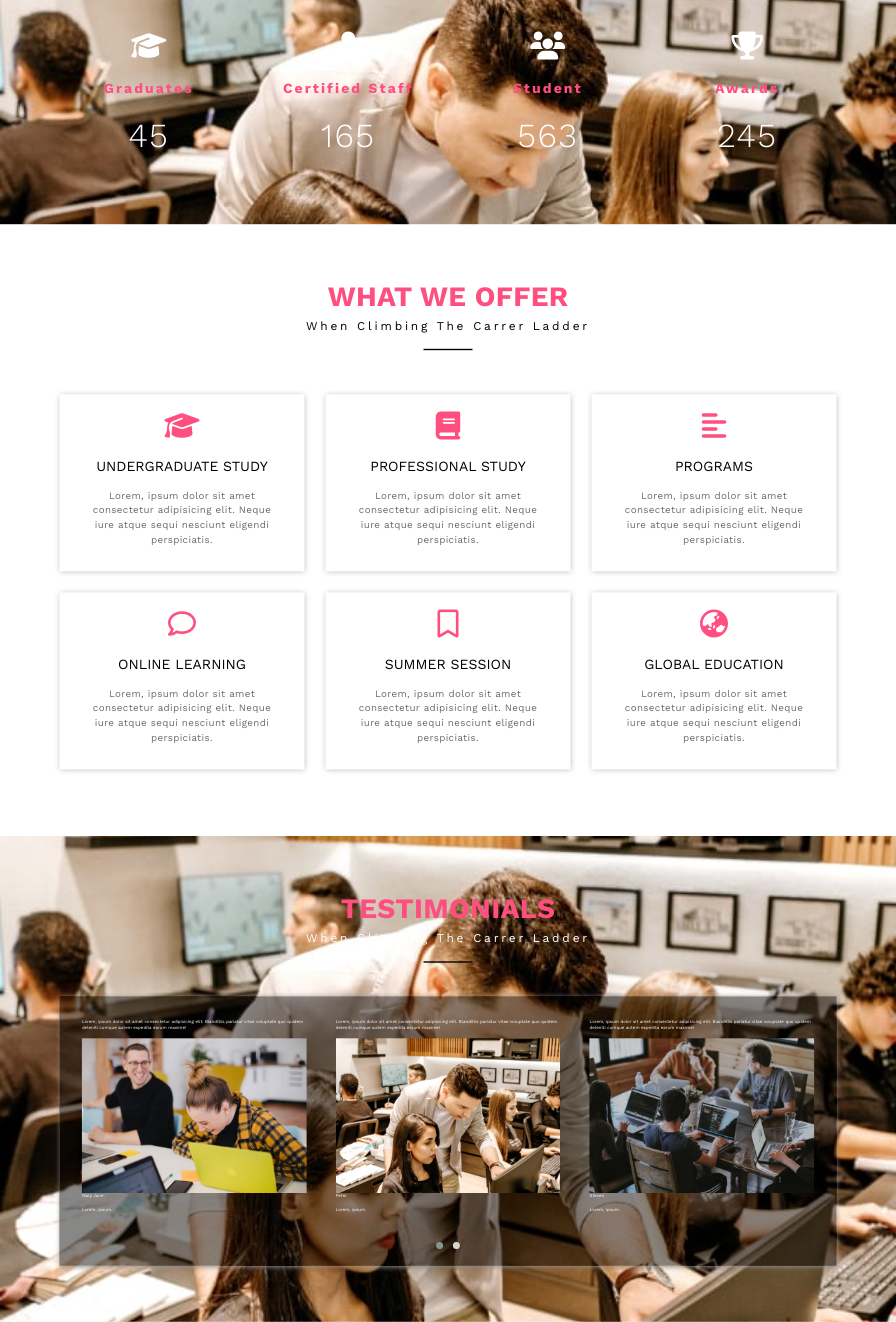
Repository: tudo1611/BC44_BOOTSTRAP_B7_INSTRUCTION_DO-TRUNG-TU
Page: index.html
These files come from the project's save history. The page is drawn as it stood at one moment and after the next save; the edit follows.
The browser window is 1280 px wide. The pictures show the part of the page from y = 1986 to 3906 px (the page is 3874 px tall before and 3906 px after), at 70% of full size.
Backgrounds fixed to the window are drawn as part of the page.

Above is the page before, as saved 2023-01-20 14:30:53.

### index.html
<!DOCTYPE html>
<html lang="en">
  <head>
    <meta charset="UTF-8" />
    <meta http-equiv="X-UA-Compatible" content="IE=edge" />
    <meta name="viewport" content="width=device-width, initial-scale=1.0" />
    <title>Instruction Cyber</title>
    <!-- bs4 css  -->
    <link
      rel="stylesheet"
      href="https://cdn.jsdelivr.net/npm/bootstrap@4.5.3/dist/css/bootstrap.min.css"
      integrity="sha384-TX8t27EcRE3e/ihU7zmQxVncDAy5uIKz4rEkgIXeMed4M0jlfIDPvg6uqKI2xXr2"
      crossorigin="anonymous"
    />
    <!-- font awesome -->
    <link
      rel="stylesheet"
      href="https://cdnjs.cloudflare.com/ajax/libs/font-awesome/6.2.1/css/all.min.css"
      integrity="sha512-MV7K8+y+gLIBoVD59lQIYicR65iaqukzvf/nwasF0nqhPay5w/9lJmVM2hMDcnK1OnMGCdVK+iQrJ7lzPJQd1w=="
      crossorigin="anonymous"
      referrerpolicy="no-referrer"
    />
    <!-- font gg  -->
    <link rel="preconnect" href="https://fonts.googleapis.com" />
    <link rel="preconnect" href="https://fonts.gstatic.com" crossorigin />
    <link
      href="https://fonts.googleapis.com/css2?family=Work+Sans:wght@300;400;700&display=swap"
      rel="stylesheet"
    />
    <!-- owl carousel  -->
    <link rel="stylesheet" href="./css/owl.carousel.min.css" />
    <link rel="stylesheet" href="./css/owl.theme.default.min.css" />
    <!-- main css -->
    <link rel="stylesheet" href="./css/index.css" />
  </head>
  <body>
    <!-- header  -->
    <header>
      <div
        class="header__top d-flex justify-content-between align-items-center py-2 container-fluid"
      >
        <div class="header__left">
          <a href="tel:0961051014" class="text-white mr-4"
            ><i class="fa-solid fa-phone"></i> 096.105.1014</a
          >
          <a href="mailto:info@cybersoft.edu.vn" class="text-white"
            ><i class="fa-regular fa-envelope"></i> info@cybersoft.edu.vn</a
          >
        </div>
        <div class="header__right">
          <a href="#"><i class="fab fa-facebook-f"></i></a>
          <a href="#"><i class="fab fa-twitter"></i></a>
          <a href=""><i class="fab fa-pinterest"></i></a>
          <a href=""><i class="fab fa-linkedin-in"></i></a>
        </div>
      </div>
      <nav class="navInstruction navbar navbar-expand-lg container">
        <a class="navbar-brand text-center" href="#">
          <p class="mb-0"><i class="fa fa-book"></i> INSTRUCTION</p>
          <p class="mb-0">EDUCATION</p>
        </a>
        <button
          class="navbar-toggler"
          type="button"
          data-toggle="collapse"
          data-target="#navbarInstruction"
          aria-controls="navbarNavDropdown"
          aria-expanded="false"
          aria-label="Toggle navigation"
        >
          <i class="fa fa-bars"></i>
        </button>
        <div class="collapse navbar-collapse" id="navbarInstruction">
          <ul class="navbar-nav ml-auto">
            <li class="nav-item active">
              <a class="nav-link" href="#"
                >HOME <span class="sr-only">(current)</span></a
              >
            </li>
            <li class="nav-item">
              <a class="nav-link" href="#">ABOUT</a>
            </li>
            <li class="nav-item">
              <a class="nav-link" href="#">SERVICES</a>
            </li>
            <li class="nav-item">
              <a class="nav-link" href="#">GALLERY</a>
            </li>
            <li class="nav-item dropdown">
              <a
                class="nav-link dropdown-toggle"
                href="#"
                id="navbarDropdownMenuLink"
                role="button"
                data-toggle="dropdown"
                aria-haspopup="true"
                aria-expanded="false"
              >
                PAGES
              </a>
              <div
                class="dropdown-menu"
                aria-labelledby="navbarDropdownMenuLink"
              >
                <a class="dropdown-item" href="#">Codes</a>
                <a class="dropdown-item" href="#">Icons</a>
              </div>
            </li>
            <li class="nav-item">
              <a class="nav-link" href="#">CONTACT</a>
            </li>
          </ul>
        </div>
      </nav>
    </header>
    <!-- carousel -->
    <section class="cyberCarousel">
      <div id="carouselCyber" class="carousel slide" data-ride="carousel">
        <ol class="carousel-indicators">
          <li
            data-target="#carouselCyber"
            data-slide-to="0"
            class="active"
          ></li>
          <li data-target="#carouselCyber" data-slide-to="1"></li>
          <li data-target="#carouselCyber" data-slide-to="2"></li>
        </ol>
        <div class="carousel-inner">
          <div class="carousel-item active">
            <img src="./img/g1.jpg" class="d-block w-100" alt="..." />
            <div class="container carousel-caption d-none d-md-block">
              <h1>Graphic Work Designing.</h1>
              <p>
                Any successful career statrs with good education. Together with
                us you will have deeper knownledge of the subjects
              </p>
              <button class="btn">
                Read More <i class="fa fa-angle-double-right"></i>
              </button>
            </div>
          </div>
          <div class="carousel-item">
            <img src="./img/g2.jpg" class="d-block w-100" alt="..." />
            <div class="container carousel-caption d-none d-md-block">
              <h1>Financial Analyst Course.</h1>
              <p>
                Any successful career statrs with good education. Together with
                us you will have deeper knownledge of the subjects
              </p>
              <button class="btn">
                Read More <i class="fa fa-angle-double-right"></i>
              </button>
            </div>
          </div>
          <div class="carousel-item">
            <img src="./img/g3.jpg" class="d-block w-100" alt="..." />
            <div class="container carousel-caption d-none d-md-block">
              <h1>Digital Marketing Course.</h1>
              <p>
                Any successful career statrs with good education. Together with
                us you will have deeper knownledge of the subjects
              </p>
              <button class="btn">
                Read More <i class="fa fa-angle-double-right"></i>
              </button>
            </div>
          </div>
        </div>
        <a
          class="carousel-control-prev"
          href="#carouselCyber"
          role="button"
          data-slide="prev"
        >
          <span class="carousel-control-prev-icon" aria-hidden="true"></span>
          <span class="sr-only">Previous</span>
        </a>
        <a
          class="carousel-control-next"
          href="#carouselCyber"
          role="button"
          data-slide="next"
        >
          <span class="carousel-control-next-icon" aria-hidden="true"></span>
          <span class="sr-only">Next</span>
        </a>
      </div>
    </section>
    <!-- welcome  -->
    <section class="welcome section">
      <div class="heading">
        <h2>WELCOME TO EDUCATION</h2>
        <p>When Climbing The Carrer Ladder</p>
      </div>
      <div class="welcome__content">
        <p>
          Lorem ipsum dolor sit amet consectetur adipisicing elit. Sed ut eaque
          voluptatem officiis dolorem? Dolore, quia. Id deleniti in tenetur!
        </p>
        <div class="welcome__courses container">
          <div class="row">
            <div class="welcome__col col-4 border border-dark">
              <div class="welcome__item">
                <i class="fa fa-desktop"></i>
                <h3>Design Course</h3>
                <h4>Fashion Design</h4>
                <p>Lorem ipsum dolor sit amet.</p>
                <h4>Interior Design</h4>
                <p>Lorem ipsum dolor sit amet.</p>
                <h4>Graphic Design</h4>
                <p>Lorem ipsum dolor sit amet.</p>
              </div>
            </div>
            <div class="welcome__col col-4 border border-dark">
              <div class="welcome__item">
                <i class="fa fa-arrows-alt"></i>
                <h3>Marketing Course</h3>
                <h4>Facebook Marketing</h4>
                <p>Lorem ipsum dolor sit amet.</p>
                <h4>Youtube Marketing</h4>
                <p>Lorem ipsum dolor sit amet.</p>
                <h4>Twitter Marketing</h4>
                <p>Lorem ipsum dolor sit amet.</p>
              </div>
            </div>
            <div class="welcome__col col-4 border border-dark">
              <div class="welcome__item">
                <i class="fa fa-chart-bar"></i>
                <h3>Financial Course</h3>
                <h4>Complexities Of Banking</h4>
                <p>Lorem ipsum dolor sit amet.</p>
                <h4>Compliance Regulation</h4>
                <p>Lorem ipsum dolor sit amet.</p>
                <h4>Finance Products</h4>
                <p>Lorem ipsum dolor sit amet.</p>
              </div>
            </div>
          </div>
        </div>
      </div>
    </section>
    <!-- our stats  -->
    <section class="ourStats section">
      <div class="heading heading--white">
        <h2>OUR STATS</h2>
        <p>When Climbing The Carrer Ladder</p>
      </div>
      <div class="outStats__content container">
        <div class="row">
          <div class="col-3">
            <div class="ourStats__item">
              <i class="fa fa-graduation-cap"></i>
              <h3>Graduates</h3>
              <p>45</p>
            </div>
          </div>
          <div class="col-3">
            <div class="ourStats__item">
              <i class="fa fa-user"></i>
              <h3>Certified Staff</h3>
              <p>165</p>
            </div>
          </div>
          <div class="col-3">
            <div class="ourStats__item">
              <i class="fa fa-users"></i>
              <h3>Student</h3>
              <p>563</p>
            </div>
          </div>
          <div class="col-3">
            <div class="ourStats__item">
              <i class="fa fa-trophy"></i>
              <h3>Awards</h3>
              <p>245</p>
            </div>
          </div>
        </div>
      </div>
    </section>
    <!-- offer -->
    <section class="offer section">
      <div class="heading">
        <h2>WHAT WE OFFER</h2>
        <p>When Climbing The Carrer Ladder</p>
      </div>
      <div class="offer__content container">
        <div class="row">
          <div class="col-4 offer__col">
            <div class="offer__item">
              <i class="fa fa-graduation-cap"></i>
              <h3>UNDERGRADUATE STUDY</h3>
              <p>
                Lorem, ipsum dolor sit amet consectetur adipisicing elit. Neque
                iure atque sequi nesciunt eligendi perspiciatis.
              </p>
            </div>
          </div>
          <div class="col-4 offer__col">
            <div class="offer__item">
              <i class="fa fa-book"></i>
              <h3>PROFESSIONAL STUDY</h3>
              <p>
                Lorem, ipsum dolor sit amet consectetur adipisicing elit. Neque
                iure atque sequi nesciunt eligendi perspiciatis.
              </p>
            </div>
          </div>
          <div class="col-4 offer__col">
            <div class="offer__item">
              <i class="fa fa-align-left"></i>
              <h3>PROGRAMS</h3>
              <p>
                Lorem, ipsum dolor sit amet consectetur adipisicing elit. Neque
                iure atque sequi nesciunt eligendi perspiciatis.
              </p>
            </div>
          </div>
          <div class="col-4 offer__col">
            <div class="offer__item">
              <i class="fa-regular fa-comment"></i>
              <h3>ONLINE LEARNING</h3>
              <p>
                Lorem, ipsum dolor sit amet consectetur adipisicing elit. Neque
                iure atque sequi nesciunt eligendi perspiciatis.
              </p>
            </div>
          </div>
          <div class="col-4 offer__col">
            <div class="offer__item">
              <i class="fa-regular fa-bookmark"></i>
              <h3>SUMMER SESSION</h3>
              <p>
                Lorem, ipsum dolor sit amet consectetur adipisicing elit. Neque
                iure atque sequi nesciunt eligendi perspiciatis.
              </p>
            </div>
          </div>
          <div class="col-4 offer__col">
            <div class="offer__item">
              <i class="fa fa-globe-asia"></i>
              <h3>GLOBAL EDUCATION</h3>
              <p>
                Lorem, ipsum dolor sit amet consectetur adipisicing elit. Neque
                iure atque sequi nesciunt eligendi perspiciatis.
              </p>
            </div>
          </div>
        </div>
      </div>
    </section>
    <!-- feedback -->
    <section class="feedback section">
      <div class="heading heading--white">
        <h2>TESTIMONIALS</h2>
        <p>When Climbing The Carrer Ladder</p>
      </div>
      <div class="container">
        <div class="feedback__content">
          <div class="owl-carousel owl-theme">
            <div class="item">
              <div class="feedback__top">
                <p>Lorem, ipsum dolor sit amet consectetur adipisicing elit. Blanditiis pariatur vitae voluptate quo quidem deleniti cumque autem expedita earum maxime!</p>
              </div>
              <div class="feedback__bottom">
                <img src="./img/g1.jpg" alt="">
                <div class="feedback__name">
                  <p>Mary Jane</p>
                  <p>Lorem, ipsum.</p>
                </div>
              </div>
            </div>
            <div class="item">
              <div class="feedback__top">
                <p>Lorem, ipsum dolor sit amet consectetur adipisicing elit. Blanditiis pariatur vitae voluptate quo quidem deleniti cumque autem expedita earum maxime!</p>
              </div>
              <div class="feedback__bottom">
                <img src="./img/g2.jpg" alt="">
                <div class="feedback__name">
                  <p>Peter</p>
                  <p>Lorem, ipsum.</p>
                </div>
              </div>
            </div>
            <div class="item">
              <div class="feedback__top">
                <p>Lorem, ipsum dolor sit amet consectetur adipisicing elit. Blanditiis pariatur vitae voluptate quo quidem deleniti cumque autem expedita earum maxime!</p>
              </div>
              <div class="feedback__bottom">
                <img src="./img/g3.jpg" alt="">
                <div class="feedback__name">
                  <p>Steven</p>
                  <p>Lorem, ipsum.</p>
                </div>
              </div>
            </div>
            <div class="item">
              <div class="feedback__top">
                <p>Lorem, ipsum dolor sit amet consectetur adipisicing elit. Blanditiis pariatur vitae voluptate quo quidem deleniti cumque autem expedita earum maxime!</p>
              </div>
              <div class="feedback__bottom">
                <img src="./img/g1.jpg" alt="">
                <div class="feedback__name">
                  <p>Wilson</p>
                  <p>Lorem, ipsum.</p>
                </div>
              </div>
            </div>
            <div class="item">
              <div class="feedback__top">
                <p>Lorem, ipsum dolor sit amet consectetur adipisicing elit. Blanditiis pariatur vitae voluptate quo quidem deleniti cumque autem expedita earum maxime!</p>
              </div>
              <div class="feedback__bottom">
                <img src="./img/g2.jpg" alt="">
                <div class="feedback__name">
                  <p>Guptill</p>
                  <p>Lorem, ipsum.</p>
                </div>
              </div>
            </div>

          </div>
        </div>
      </div>
    </section>
    <!-- new -->
    <section class="news"></section>
    <!-- footer  -->
    <footer></footer>

    <!-- thu vien ho tro -->
    <script
      src="https://cdnjs.cloudflare.com/ajax/libs/jquery/3.6.3/jquery.min.js"
      integrity="sha512-STof4xm1wgkfm7heWqFJVn58Hm3EtS31XFaagaa8VMReCXAkQnJZ+jEy8PCC/iT18dFy95WcExNHFTqLyp72eQ=="
      crossorigin="anonymous"
      referrerpolicy="no-referrer"
    ></script>
    <!-- owl js  -->
    <script src="./js/owl.carousel.min.js"></script>
    <script>
      $('.owl-carousel').owlCarousel({
    loop:true,
    margin:10,
    responsive:{
        0:{
            items:1
        },
        600:{
            items:3
        },
        1000:{
            items:3
        }
    }
})
    </script>
    <!-- bs4 js  -->
    <script
      src="https://cdn.jsdelivr.net/npm/bootstrap@4.5.3/dist/js/bootstrap.bundle.min.js"
      integrity="sha384-ho+j7jyWK8fNQe+A12Hb8AhRq26LrZ/JpcUGGOn+Y7RsweNrtN/tE3MoK7ZeZDyx"
      crossorigin="anonymous"
    ></script>
  </body>
</html>

### css/index.css
/* global */
*{
    margin: 0;
    padding: 0;
    box-sizing: border-box;
}

html, body{
    font-family: 'Work Sans', sans-serif;
    font-size: 62.5%;
}
.heading{
    text-align: center;
    margin-bottom: 4.8rem;
}

.heading h2{
    font-size: 4rem;
    color: #ff4f81;
    font-weight: bold;
    letter-spacing: .5px;
}
.heading p{
    font-size: 1.7rem;
    text-transform: capitalize;
    letter-spacing: 0.4rem;
    color: #000;
}
.heading p::after{
    content: "";
    width: 7rem;
    height: 0.2rem;
    background-color: #000;
    display: block;
    margin: 2rem auto;
}
.section{
    padding: 8rem 0;
}
.heading--white p{
    color: #fff;
}

/* header  */
.header__top {
    background-color: #ff4f81;
    font-size: 1.4rem;
}
.header__top a{
    text-decoration: none;
    color: #fff;
    transition: all .5s;
}
.header__left a:hover{
    color: #000 !important;
}
.header__right a{
    display: inline-block;
    text-align: center;
    width: 3rem;
    height: 3rem;
    line-height: 3rem;
    background-color: #000;
    border: 1px solid #000;
    margin-left: 0.25rem;
}
.header__right a:hover{
    background-color: #ff4f81;
    border-color: #fff;
}
.navInstruction a{
    color: #000;
    font-weight: bold;
}
.navInstruction .navbar-brand p:first-child{
    font-size: 3.6rem;

}
.navInstruction .navbar-brand p:first-child i{
    transform: skewX(-10deg);
}
.navInstruction .navbar-brand p:last-child{
    font-size: 1.1rem;
    color: #ff4f81;
    letter-spacing: 0.3rem;
}
#navbarInstruction .nav-link{
    font-size: 1.4rem;font-weight: bold;
    letter-spacing: 1px;
    transition: all .5s;
}
#navbarInstruction .nav-item:hover .nav-link{
    color: #ff4f81;
}
#navbarInstruction .nav-item{
    margin: 0 1.5rem;
}
#navbarInstruction .nav-item:after{
    content: "";
    display: inline-block;
    width: 0%;
    height: 0.2rem;
    background-color: #ff4f81;
    transition: all .5s;
}
#navbarInstruction .nav-item:hover::after{
    width: 100%;
}
#navbarInstruction .nav-item.active .nav-link{
    color: #ff4f81;
}
#navbarInstruction .nav-item.active::after{
    width: 100%;
}
#navbarInstruction .dropdown-menu{
    background-color: rgba(0, 0, 0, 0.6);
    border: 1px solid rgba(0, 0, 0, 0.6);
}
#navbarInstruction .dropdown-item{
    color: #fff;
    transition: all .5s;
}
#navbarInstruction .dropdown-item:focus, #navbarInstruction .dropdown-item:hover {
    background-color: transparent;
    color:#ff4f81;
}

/* carousel  */


#carouselCyber .carousel-caption{
    top: 60%;
    left: 50%;
    transform: translate(-50% , -50%);
}
#carouselCyber .carousel-caption h1{
    font-size: 5.2rem;
}
#carouselCyber .carousel-caption p{
    font-size: 1.6rem;
    font-weight: 300;
    letter-spacing: 0.4rem;
    line-height: 1.8rem;
    width: 70%;
    margin: auto;
    margin-bottom: 2.5rem;
}
#carouselCyber .carousel-caption .btn{
    padding: 1.1rem 2rem;
    color: #fff;
    border: 1px solid #fff;
    border-radius: 0;
    letter-spacing: 0.2rem;
    font-size: 1.4rem;
    transition: all .5s;
}
#carouselCyber .carousel-caption .btn:hover{
    background-color: #ff4f81;
    border-color: #ff4f81;
}
/* welcome  */
.welcome__content>p{
    width: 80%;
    margin: auto;
    text-align: center;
    font-size: 1.5rem;
    line-height: 1.8em;
    color: #999;
    letter-spacing: 1px;
    padding: 1rem 0 5rem;
}
.welcome__item i{
    font-size: 3.2rem;
}
.welcome__item h3{
    color: #ff4f81;
    font-weight: bold;
    font-size: 3rem;
    margin: 1.6rem 0;
}
.welcome__item h4{
    color: #000;
    font-size: 1.6rem;
    font-weight: bold;
    margin: 1.6rem 0 0.32rem;
    text-transform: uppercase;
}
.welcome__item p{
    color: #999;
    font-size: 1.6rem;
    line-height: 1.8em;
    margin: 1rem 0 0;
    letter-spacing: 1px;
}
.welcome__col{
    padding: 3.2rem;
}
/* ourstats  */
.ourStats{
    background-image: url(../img/g2.jpg);
    background-size: cover;
    background-attachment: fixed;
}
.outStats__content{
    text-align: center;
    color: #fff;
}
.outStats__content i{
    font-size: 4rem;
}
.outStats__content h3{
    font-size: 2rem;
    letter-spacing: 3px;
    font-weight: bold;
    margin: 3rem 0 2rem;
    color: #ff4f81;
}
.outStats__content p{
    font-size: 4.8rem;
    letter-spacing: 2px;
    font-weight: 300;
}
/* offer  */
.offer__col{
    padding: 1.5rem;
}
.offer__item{
    padding: 2.5rem 4rem;
    text-align: center;
    background-color: #fff;
    box-shadow: 0px 1px 8px 0px rgba(158, 158, 158, 0.75);
    transition: all .5s;
}
.offer__item:hover{
    background-color: #12ccc3;
}
.offer__item i{
    color: #ff4f81;
    font-size: 4rem;
}
.offer__item h3{
    font-size: 2rem;
    margin: 2.5rem 0 2rem;
    color: #000;
}
.offer__item p{
    font-size: 1.4rem;
    letter-spacing: .5px;
    color: #6b6b6b;
}
/* carousel  */
.feedback{
    background-image: url(../img/g2.jpg);
    background-size: cover;
    background-attachment: fixed;
    background-position: center;
}
.feedback__content{
    background-color: rgba(0, 0, 0, 0.47);
    box-shadow: 0px 1px 7px #8e8e8e;
    padding: 1.6rem;
}
.feedback__content .item{
    color: #fff;
    padding: 1.6rem;
}
.feedback__top{
    padding: 1.6rem 1;
}

Loaded but not shown: css/owl.carousel.min.css (library); css/owl.theme.default.min.css (common file); js/owl.carousel.min.js (library)

After the next save:
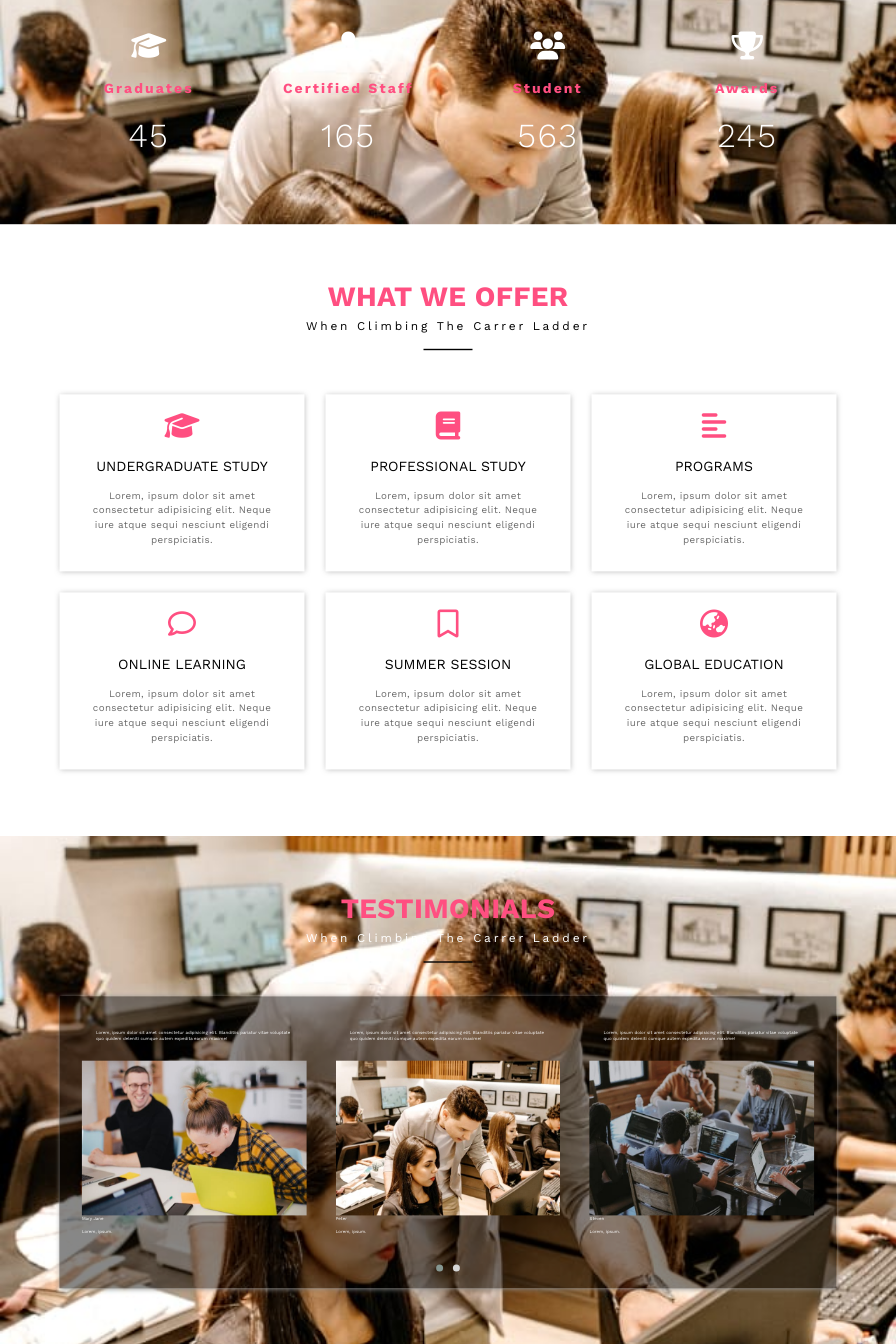
Saved 7 s later.
--- a/css/index.css
+++ b/css/index.css
@@ -265,5 +265,5 @@ html, body{
     padding: 1.6rem;
 }
 .feedback__top{
-    padding: 1.6rem 1;
-}
+    padding: 1.6rem 2rem;
+}
